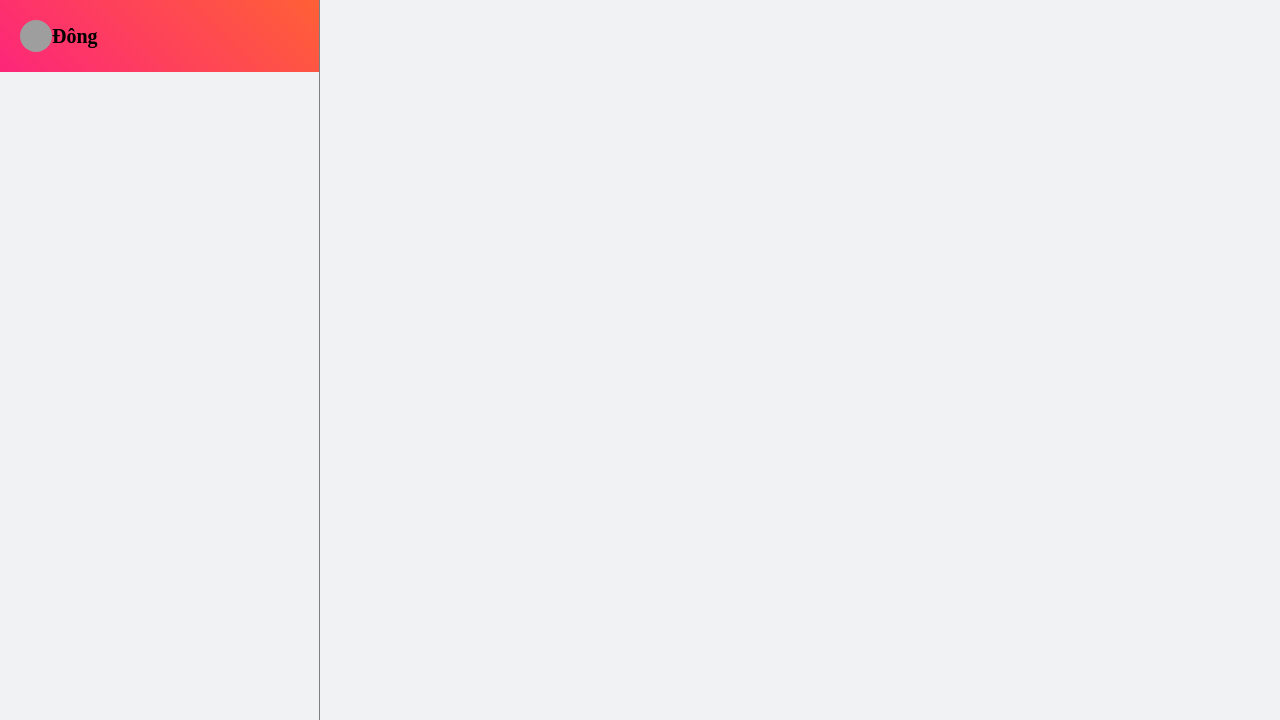
Repository: conquy2002/T2009A
Page: Project RobinTinder/website/index.html
An editor plug-in stored every save of this project. The page is shown before and after the next save, followed by the edit.
The browser window is 1280 px wide. The pictures show the whole page.
Pictures or frames that could not be fetched are drawn as grey boxes.

Above is the page before, as saved 2022-01-07 08:36:39.

### Project RobinTinder/website/index.html
<!DOCTYPE html>
<html lang="en">
<head>
    <meta charset="UTF-8">
    <meta http-equiv="X-UA-Compatible" content="IE=edge">
    <meta name="viewport" content="width=device-width, initial-scale=1.0">
    <title>Robin Hẹn hò</title>
    <link rel="stylesheet" href="./css/style.css" />
</head>
<body>
    <div class="main">
        <aside class="nav">
            <div class="nav__header">
                <div class="nav__hearder--profile">
                    <img src = "https://scontent.fhph1-3.fna.fbcdn.net/v/t1.6435-1/c1.64.198.199a/p200x200/141433767_1108249559690088_990288042436184426_n.jpg?_nc_cat=107&ccb=1-5&_nc_sid=7206a8&_nc_ohc=5yxEM9Iimv0AX_4k7Ox&_nc_ht=scontent.fhph1-3.fna&oh=00_AT-vqYdzU7_RG4YwBws_REoHUQ_G1kzl29AkfIijrbwnXg&oe=61FCEA38">
                    <h2>Đông</h2>
                </div>
                <div class="nav__header--contact"></div>
            </div>
            <div class="nav__qc"></div>
            <div class="nav_content"></div>
        </aside>
        <div class="content"></div>
    </div>
</body>
</html>

### Project RobinTinder/website/css/style.css
*{
    margin: 0;
    padding: 0;
    box-sizing: border-box;
}
.main{
    background-color: #f0f2f4;
    height: 100vh;
    width: 100%;
    display: flex;
}
.nav{
    flex-basis: 25%;
    height: 100%;
    border-right: .1px solid gray;
}
.nav__header{
    background: linear-gradient(
45deg,#fd267a,#ff6036);
    background-image: linear-gradient(
45deg, rgb(253, 38, 122), rgb(255, 96, 54));
    width: 100%;
}
.nav__hearder--profile{
    display: flex;
    padding: 20px;
    align-items: center;
}
.nav__hearder--profile img{
    height: 32px;
    width: 32px;
    border-radius: 50%;
}
h2 {
    text-align: center;
    font-weight:600;
    font-size: 20px;
}
.content{

}

After the next save:
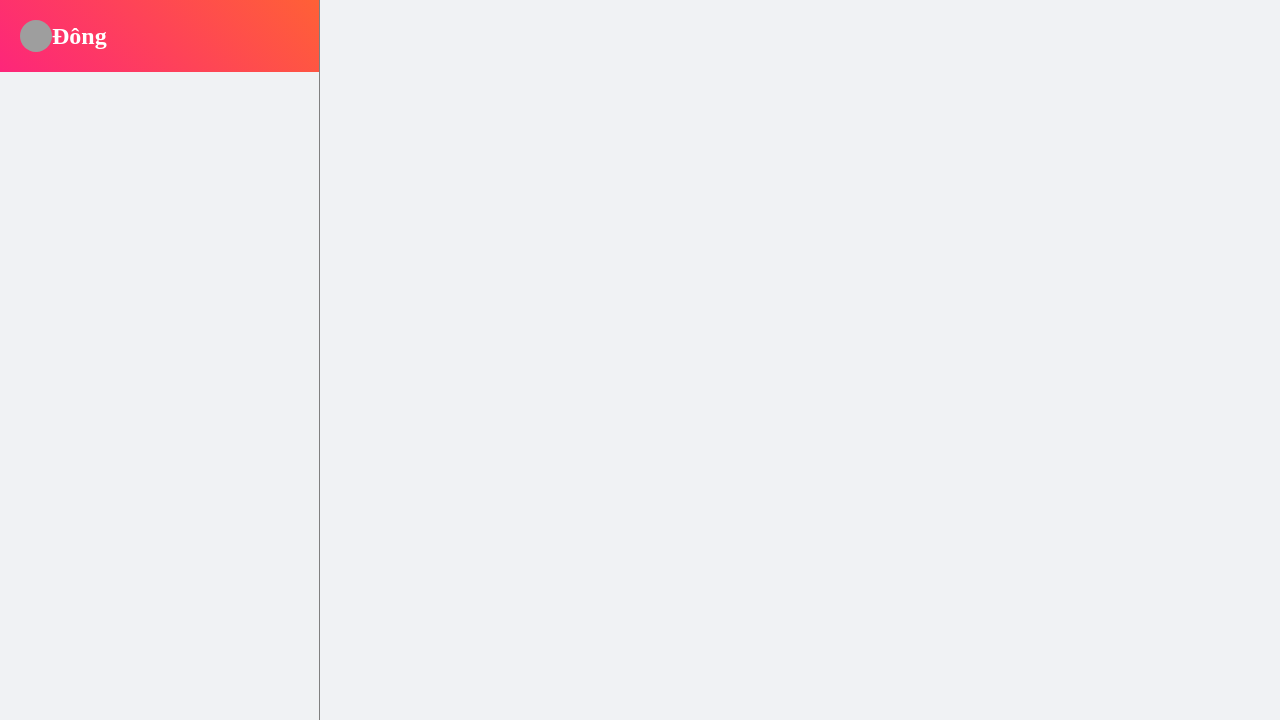
Saved 17 s later.
--- a/Project RobinTinder/website/css/style.css
+++ b/Project RobinTinder/website/css/style.css
@@ -25,17 +25,14 @@
     display: flex;
     padding: 20px;
     align-items: center;
+    color: #fff;
 }
 .nav__hearder--profile img{
     height: 32px;
     width: 32px;
     border-radius: 50%;
 }
-h2 {
-    text-align: center;
-    font-weight:600;
-    font-size: 20px;
-}
+
 .content{
 
 }
